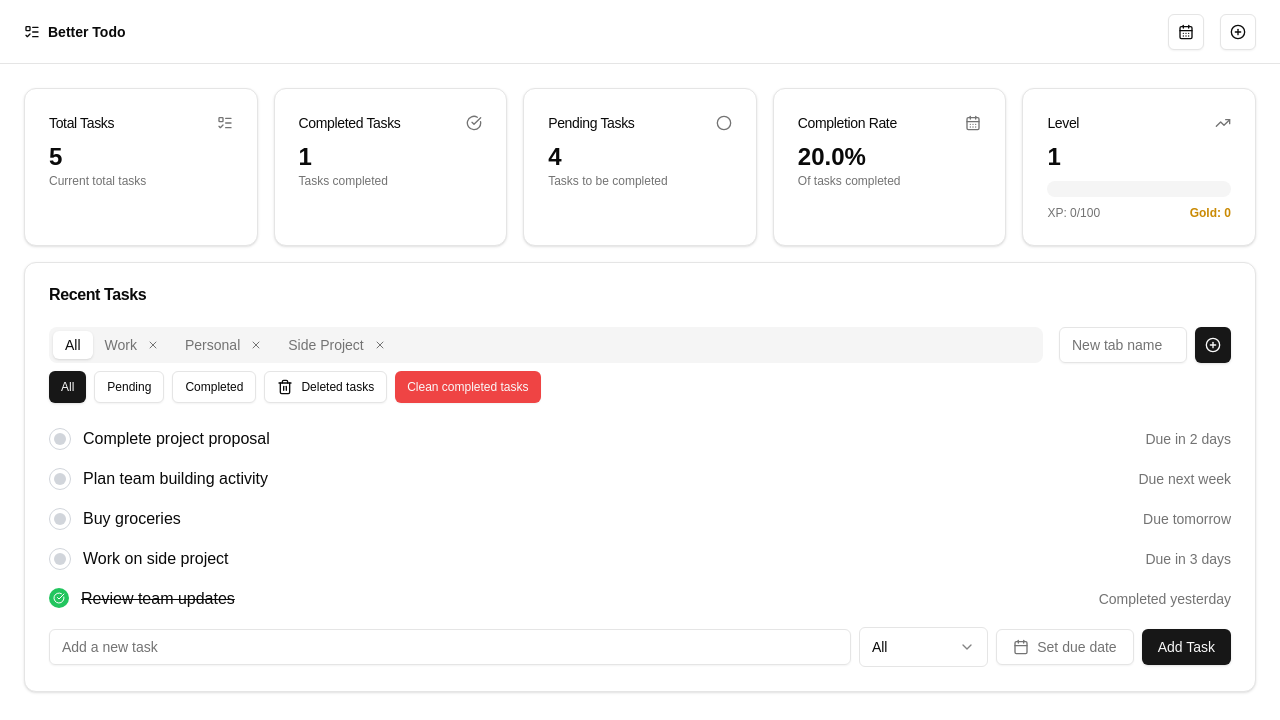
Repository: malikbarbier7/better-todo
Page: /dashboard
An editor plug-in stored every save of this project. The page is shown before and after the next save, followed by the edit.
The browser window is 1280 px wide. The pictures show the whole page.
The project was rebuilt for these pictures with package versions that can differ from the ones it lists, and the page was loaded fresh each time. The framework's server and built-in components were replaced by stand-ins that run in the browser. Also part of the build but not shown: next.config.js, next.config.mjs, components/ui/calendar.tsx.

Above is the page before, as saved 2024-10-04 13:24:30.

After the next save:
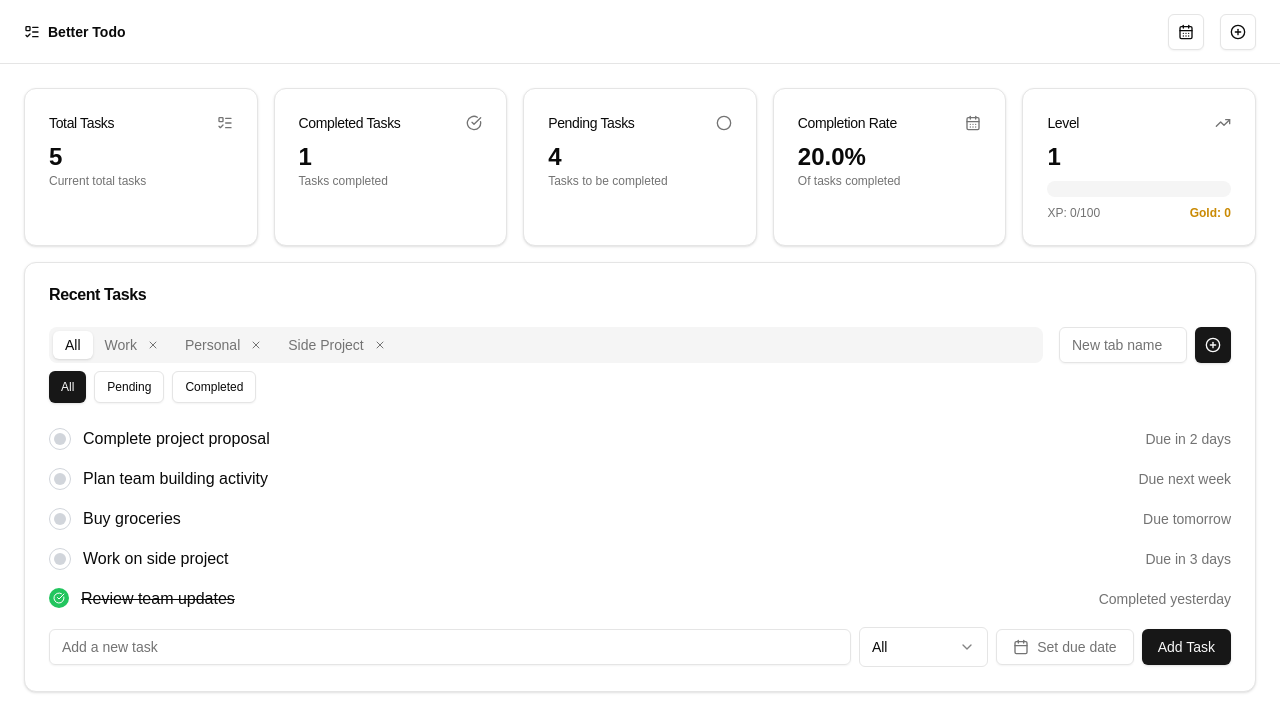
Saved 4 min 23 s later.
--- a/components/dashboard.tsx
+++ b/components/dashboard.tsx
@@ -5,7 +5,7 @@ import { Button } from "@/components/ui/button"
 import { Card, CardContent, CardHeader, CardTitle } from "@/components/ui/card"
 import { Input } from "@/components/ui/input"
 import { Tabs, TabsContent, TabsList, TabsTrigger } from "@/components/ui/tabs"
-import { CalendarDays, CheckCircle, Circle, ListTodo, PlusCircle, X, ChevronDown, TrendingUp, Calendar as CalendarIcon, Trash2 } from "lucide-react"
+import { CalendarDays, CheckCircle, Circle, ListTodo, PlusCircle, X, ChevronDown, TrendingUp, Calendar as CalendarIcon } from "lucide-react"
 import { Progress } from "@/components/ui/progress"
 import {
   Select,
@@ -55,7 +55,6 @@ export function Dashboard() {
   const [level, setLevel] = React.useState(1)
   const [xp, setXp] = React.useState(0)
   const [gold, setGold] = React.useState(0)
-  const [deletedTasks, setDeletedTasks] = React.useState<Array<any>>([])
 
   const handleAddTab = () => {
     if (newTabName && !tabs.includes(newTabName)) {
@@ -156,26 +155,6 @@ export function Dashboard() {
     setGold(prevGold => prevGold + goldEarned);
   };
 
-  const handleCleanCompletedTasks = () => {
-    setTasks(prevTasks => {
-      const updatedTasks: { [key: string]: any[] } = {};
-      const newDeletedTasks: any[] = [];
-
-      for (const category in prevTasks) {
-        updatedTasks[category] = prevTasks[category].filter(task => {
-          if (task.status === 'completed') {
-            newDeletedTasks.push({...task, status: 'deleted'});
-            return false;
-          }
-          return true;
-        });
-      }
-
-      setDeletedTasks(prev => [...prev, ...newDeletedTasks]);
-      return updatedTasks;
-    });
-  };
-
   // Calculer le nombre total de tâches
   const totalTasks = tasks['All'].length;
 
@@ -189,9 +168,6 @@ export function Dashboard() {
   const completionRate = totalTasks > 0 ? ((completedTasks / totalTasks) * 100).toFixed(1) : '0.0';
 
   const filteredTasks = React.useMemo(() => {
-    if (taskFilter === 'deleted') {
-      return deletedTasks.sort((a, b) => b.id - a.id); // Trie les tâches supprimées par ID décroissant
-    }
     return (tasks[activeTab] || [])
       .filter(task => {
         if (taskFilter === 'all') return true;
@@ -200,11 +176,12 @@ export function Dashboard() {
         return true;
       })
       .sort((a, b) => {
+        // Trier les tâches : pendantes en haut, complétées en bas
         if (a.status === 'pending' && b.status === 'completed') return -1;
         if (a.status === 'completed' && b.status === 'pending') return 1;
         return 0;
       });
-  }, [tasks, activeTab, taskFilter, deletedTasks]);
+  }, [tasks, activeTab, taskFilter]);
 
   // Mettre à jour newTaskSpace quand activeTab change
   React.useEffect(() => {
@@ -357,21 +334,6 @@ export function Dashboard() {
                       >
                         Completed
                       </Button>
-                      <Button
-                        size="sm"
-                        variant={taskFilter === 'deleted' ? 'default' : 'outline'}
-                        onClick={() => setTaskFilter('deleted')}
-                      >
-                        <Trash2 className="w-4 h-4 mr-2" />
-                        Deleted tasks
-                      </Button>
-                      <Button
-                        size="sm"
-                        variant="destructive"
-                        onClick={handleCleanCompletedTasks}
-                      >
-                        Clean completed tasks
-                      </Button>
                     </div>
                   </div>
                 </div>
@@ -382,24 +344,20 @@ export function Dashboard() {
                         {filteredTasks.map((task) => (
                           <div key={task.id} className="flex items-center">
                             <div className="relative">
-                              {task.status !== 'deleted' ? (
-                                task.status === 'completed' ? (
-                                  <button
-                                    className="p-1 bg-green-500 text-white rounded-full"
-                                    onClick={() => handleTaskStatusChange(task.id.toString(), 'pending')}
-                                  >
-                                    <CheckCircle className="w-3 h-3" />
-                                  </button>
-                                ) : (
-                                  <button
-                                    className="p-1 border border-gray-300 rounded-full flex items-center justify-center"
-                                    onClick={() => handleTaskStatusChange(task.id.toString(), 'completed')}
-                                  >
-                                    <div className="w-3 h-3 bg-gray-300 rounded-full"></div>
-                                  </button>
-                                )
+                              {task.status === 'completed' ? (
+                                <button
+                                  className="p-1 bg-green-500 text-white rounded-full"
+                                  onClick={() => handleTaskStatusChange(task.id.toString(), 'pending')}
+                                >
+                                  <CheckCircle className="w-3 h-3" />
+                                </button>
                               ) : (
-                                <Trash2 className="w-4 h-4 text-red-500" />
+                                <button
+                                  className="p-1 border border-gray-300 rounded-full flex items-center justify-center"
+                                  onClick={() => handleTaskStatusChange(task.id.toString(), 'completed')}
+                                >
+                                  <div className="w-3 h-3 bg-gray-300 rounded-full"></div>
+                                </button>
                               )}
                             </div>
                             <span className={`ml-3 flex-1 ${task.status === 'completed' ? 'line-through' : ''}`}>{task.name}</span>
